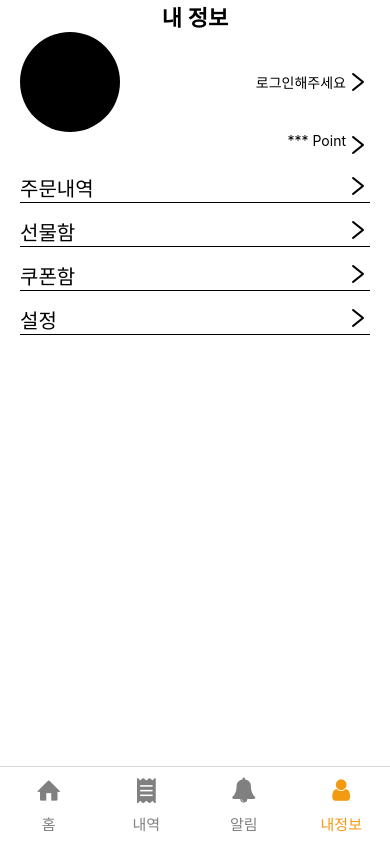
Repository: Unique0902/GachiDutch
Screen: /User
An editor plug-in stored every save of this project. The screen is shown before and after the next save, followed by the edit.
The app was drawn by React Native's web renderer in a window 390 px wide. The project was rebuilt for these pictures with package versions that can differ from the ones it lists, and the page was loaded fresh each time. Some packages were replaced by stand-ins written for this rebuild. Also part of the build but not shown: sources/components/lowBar/lowBar.jsx, sources/components/taxi/taxi.jsx, sources/components/alarm/alert.js, sources/components/alarm/alarm.jsx, sources/components/dutch_history/dutch_history.jsx, sources/components/dutchpay_historys/dutchpay_historys.jsx, sources/components/delivery_historys/delivery_historys.jsx, sources/components/taxi_historys/taxi_historys.jsx and 3 more.

Above is the screen before, as saved 2022-11-11 16:31:03.

### App.js
import React from 'react';
import { StyleSheet, Text, View, Image } from 'react-native';
import Home from './sources/components/home/home';
import { NavigationContainer } from '@react-navigation/native';
import { createNativeStackNavigator } from '@react-navigation/native-stack';
import Taxi from './sources/components/taxi/taxi';
import Main from './sources/routes/main/main';
import Login from './sources/routes/login/login';
import HttpClient from './sources/network/http.js';
import ReceiptService from './sources/services/receipt.js';
import Ready from './sources/components/ready/ready';

const Stack = createNativeStackNavigator();
const baseURL = 'https://dutch-server.herokuapp.com';
const httpClient = new HttpClient(baseURL);
const receiptService = new ReceiptService(baseURL);

export default function App() {
  return (
    <>
      <NavigationContainer>
        <Stack.Navigator screenOptions={{ headerShown: false }}>
          <Stack.Screen
            name='Main'
            children={({ navigation, route }) => (
              <Main
                receiptService={receiptService}
                navigation={navigation}
                route={route}
              />
            )}
          />
          <Stack.Screen name='Taxi' component={Taxi} />
          <Stack.Screen name='Login' component={Login} />
          <Stack.Screen name='Ready' component={Ready} />
        </Stack.Navigator>
      </NavigationContainer>
    </>
  );
}

const styles = StyleSheet.create({
  header: {
    flexDirection: 'row',
    alignItems: 'center',
    justifyContent: 'space-between',
    margin: 25,
  },
  main: {},
  container: {
    flex: 1,
    backgroundColor: '#fff',
    alignItems: 'center',
    justifyContent: 'center',
  },
  logo: {
    width: 150,
    height: 30,
  },
});

### sources/components/home/home.jsx
import React, { useRef, useState, useEffect } from 'react';
import {
  StyleSheet,
  Text,
  View,
  Image,
  Button,
  Pressable,
  ScrollView,
  Dimensions,
} from 'react-native';
import { Entypo } from '@expo/vector-icons';
import { FontAwesome } from '@expo/vector-icons';
import { FontAwesome5 } from '@expo/vector-icons';
import LowBar from '../lowBar/lowBar';
import { isLogin, getUid } from '../../services/asyncstorage';
import { StatusBar } from 'react-native';

const Home = ({ login, setLogin, navigation, setUserData, userData }) => {
  const [scrollNum, setScrollNum] = useState(1);
  const windowWidth = Dimensions.get('window').width;
  const statusBarHeight = StatusBar.currentHeight;
  const headerStyle = {
    marginTop: statusBarHeight,
  };
  let advertisementWidth = windowWidth - 40;
  const scrollWidth = parseInt(advertisementWidth);
  let scrollLeft = 0;

  const advertisementStyle = () => {
    return {
      width: advertisementWidth,
    };
  };
  const pageCircleStyle = (num) => {
    if (scrollNum === num) {
      return {
        color: '#FB9700',
      };
    } else {
      return {
        color: '#FFFDD1',
      };
    }
  };
  const scrollRef = useRef();
  return (
    <View style={[styles.home, headerStyle]}>
      <View style={styles.top}>
        <View style={styles.header}>
          <Image
            source={require('../../images/dutch_logo.png')}
            style={styles.logo}
          />
          <Pressable
            onPress={() => {
              navigation.navigate('Ready');
            }}
          >
            <Entypo name='menu' size={35} color='black' />
          </Pressable>
        </View>
        <View style={styles.mainTop}>
          {login ? (
            <View style={styles.onLogin}>
              <Text style={styles.onLoginText}>
                {userData && userData.name}님 반가워요!
              </Text>
            </View>
          ) : (
            <View style={styles.login}>
              <View style={styles.loginTop}>
                <Pressable
                  style={styles.loginBtn}
                  onPress={() =>
                    navigation.navigate('Login', { setLogin, setUserData })
                  }
                >
                  <Text style={[styles.loginText, styles.loginBtnText]}>
                    로그인
                  </Text>
                </Pressable>
                <Text style={styles.loginText}>하시고</Text>
              </View>
              <Text style={styles.loginText}>다양한 혜택을 만나 보세요!</Text>
            </View>
          )}
          <View style={styles.advertisementBox}>
            <ScrollView
              horizontal
              pagingEnabled
              contentContainerStyle={styles.advertisementScroll}
              ref={scrollRef}
              onScroll={(e) => {
                scrollLeft = parseInt(e.nativeEvent.contentOffset.x);
                if (scrollLeft % scrollWidth < 10) {
                  setScrollNum(parseInt(scrollLeft / scrollWidth + 1));
                }
              }}
              scrollEventThrottle={100}
              showsHorizontalScrollIndicator={false}
            >
              <Pressable
                style={[styles.advertisement, advertisementStyle()]}
                onPress={() => {
                  navigation.navigate('Ready');
                }}
              >
                <Image
                  source={require('../../images/advertisement_img.png')}
                  style={styles.advertisementImg}
                />
                <Text style={styles.advertisementText}>
                  같이 더치로{'\n'}편리하게 이용하세요
                </Text>
              </Pressable>
              <Pressable
                style={[styles.advertisement, advertisementStyle()]}
                onPress={() => {
                  navigation.navigate('Ready');
                }}
              >
                <Image
                  source={require('../../images/advertisement_img.png')}
                  style={styles.advertisementImg}
                />
                <Text style={styles.advertisementText}>
                  같이 더치로{'\n'}편리하게 이용하세요
                </Text>
              </Pressable>
              <Pressable
                style={[styles.advertisement, advertisementStyle()]}
                onPress={() => {
                  navigation.navigate('Ready');
                }}
              >
                <Image
                  source={require('../../images/advertisement_img.png')}
                  style={styles.advertisementImg}
                />
                <Text style={styles.advertisementText}>
                  같이 더치로{'\n'}편리하게 이용하세요
                </Text>
              </Pressable>
              <Pressable
                style={[styles.advertisement, advertisementStyle()]}
                onPress={() => {
                  navigation.navigate('Ready');
                }}
              >
                <Image
                  source={require('../../images/advertisement_img.png')}
                  style={styles.advertisementImg}
                />
                <Text style={styles.advertisementText}>
                  같이 더치로{'\n'}편리하게 이용하세요
                </Text>
              </Pressable>
            </ScrollView>
            <View style={styles.pageCircles}>
              <FontAwesome
                style={[styles.pageCircle, pageCircleStyle(1)]}
                name='circle'
                size={10}
                color='white'
              />
              <FontAwesome
                style={[styles.pageCircle, pageCircleStyle(2)]}
                name='circle'
                size={10}
                color='white'
              />
              <FontAwesome
                style={[styles.pageCircle, pageCircleStyle(3)]}
                name='circle'
                size={10}
                color='white'
              />
              <FontAwesome
                style={[styles.pageCircle, pageCircleStyle(4)]}
                name='circle'
                size={10}
                color='white'
              />
            </View>
          </View>
        </View>
      </View>
      <Pressable
        style={styles.event}
        onPress={() => {
          navigation.navigate('Ready');
        }}
      >
        <View>
          <Text style={[styles.eventText, { fontSize: 20 }]}>
            이벤트 {'   '}|
          </Text>
        </View>
        <Text style={[styles.eventText, { fontSize: 15, marginLeft: 20 }]}>
          같이더치 월 결제로 10% 할인받자!
        </Text>
        <Text style={[styles.eventText, { fontSize: 20, marginLeft: 20 }]}>
          {'>'}
        </Text>
      </Pressable>

      <View style={styles.mainBottom}>
        <View style={styles.categories}>
          <View style={styles.topBtns}>
            <View style={styles.btnShadow}>
              <Pressable
                style={styles.goodsBtn}
                onPress={() => {
                  if (login) {
                    navigation.navigate('Taxi', { userData });
                  } else {
                    navigation.navigate('Login', { setLogin, setUserData });
                  }
                }}
              >
                <Image
                  source={require('../../images/taxi_img.png')}
                  style={styles.taxiImg}
                />
                <Text style={[styles.goodText, { marginTop: 20 }]}>택시</Text>
              </Pressable>
            </View>
            <View style={styles.btnShadow}>
              <Pressable
                style={styles.goodsBtn}
                onPress={() => {
                  navigation.navigate('Ready');
                }}
              >
                <Image
                  source={require('../../images/delivery_img.png')}
                  style={styles.taxiImg}
                />
                <Text style={[styles.goodText, { marginTop: 20 }]}>배달</Text>
              </Pressable>
            </View>
          </View>
          <View style={styles.downBtns}>
            <View style={styles.btnShadow}>
              <Pressable
                style={styles.downGoodsBtn}
                onPress={() => {
                  navigation.navigate('Ready');
                }}
              >
                <Image
                  source={require('../../images/taxi_human_img.png')}
                  style={styles.peopleImg}
                />
                <Text
                  style={[styles.goodText, { marginRight: 20, marginLeft: 20 }]}
                >
                  지인끼리
                </Text>
                <Image
                  source={require('../../images/location_img.png')}
                  style={styles.peopleImg}
                />
              </Pressable>
            </View>
          </View>
        </View>
      </View>
    </View>
  );
};

export default Home;

const styles = StyleSheet.create({
  home: {
    flex: 1,
    flexDirection: 'column',
  },
  loginText: {
    paddingVertical: 5,
  },
  header: {
    flexDirection: 'row',
    alignItems: 'center',
    justifyContent: 'space-between',
    margin: 0,
    flex: 1,
  },
  mainTop: {
    flex: 6,
  },
  top: {
    flex: 6,
    padding: 20,
  },
  loginBtn: {},
  login: {
    flex: 2,
    marginTop: 15,
  },
  onLogin: {
    flex: 2,
    marginTop: 15,
  },
  onLoginText: {
    marginTop: 10,
    fontSize: 25,
    fontWeight: '600',
    color: '#444444',
  },
  loginTop: {
    flexDirection: 'row',
    alignItems: 'center',
  },
  loginText: {
    fontSize: 18,
    color: '#444444',
  },
  loginBtnText: {
    color: '#F39910',
    textDecorationLine: 'underline',
    textDecorationStyle: 'solid',
    textDecorationColor: '#000',
  },
  mainBottom: {
    flex: 6,
    padding: 15,
  },
  advertisementScroll: {
    borderRadius: 15,
    position: 'relative',
  },
  advertisementBox: {
    flex: 4,
  },
  advertisement: {
    backgroundColor: '#FBBA00',
    borderRadius: 15,
    position: 'relative',
  },
  advertisementText: {
    color: 'white',
    fontSize: 20,
    fontWeight: '800',
    marginLeft: 30,
    marginTop: 25,
  },
  advertisementImg: {
    width: '100%',
    height: '87%',
    position: 'absolute',
    borderRadius: 20,
    bottom: 0,
  },
  pageCircles: {
    flexDirection: 'row',
    position: 'absolute',
    alignItems: 'center',
    bottom: 4,
    left: 140,
  },
  pageCircle: {
    marginLeft: 3,
    marginRight: 3,
  },
  event: {
    flex: 1,
    backgroundColor: '#3C4451',
    flexDirection: 'row',
    justifyContent: 'center',
    alignItems: 'center',
  },
  categories: {
    flex: 1,
  },
  topBtns: {
    flexDirection: 'row',
    flex: 3,
  },
  downBtns: {
    flex: 2,
  },
  goodsBtn: {
    borderRadius: 20,
    backgroundColor: 'white',
    width: '100%',
    height: '100%',
    alignItems: 'center',
    justifyContent: 'center',
  },
  downGoodsBtn: {
    borderRadius: 20,
    backgroundColor: 'white',
    width: '100%',
    height: '100%',
    flexDirection: 'row',
    justifyContent: 'center',
    alignItems: 'center',
  },
  goodText: {
    fontSize: 20,
    fontWeight: '600',
  },
  btnShadow: {
    flex: 1,
    shadowOffset: {
      width: 0,
      height: 1,
    },
    shadowOpacity: 0.18,
    borderRadius: 20,
    shadowRadius: 1.0,
    elevation: 1,
    margin: 5,
  },
  eventText: {
    color: 'white',
  },
  taxiImg: {
    width: 90,
    height: 90,
  },
  peopleImg: {
    width: 60,
    height: 67,
  },
  logo: {
    width: 150,
    height: 30,
  },
});

### sources/routes/main/main.jsx
import React, { useEffect, useRef, useState } from 'react';
import { View, Button, Text } from 'react-native';
import Home from '../../components/home/home';
import LowBar from '../../components/lowBar/lowBar';
import User from '../../components/user/user';
import Alarm from '../../components/alarm/alarm';
import Receipt from '../../components/receipt/receipt';
import { createBottomTabNavigator } from '@react-navigation/bottom-tabs';
import { Entypo } from '@expo/vector-icons';
import { FontAwesome } from '@expo/vector-icons';
import { FontAwesome5 } from '@expo/vector-icons';
import { isLogin, matchUserData } from '../../services/asyncstorage';

const Tab = createBottomTabNavigator();

const Main = ({ receiptService, navigation, route }) => {
  const [login, setLogin] = useState(false);
  const [userData, setUserData] = useState(null);
  useEffect(() => {
    isLogin().then((result) => {
      if (result) {
        setLogin(true);
        console.log('로그인 되어있음!');
        matchUserData(setUserData);
      } else {
        setLogin(false);
        console.log('로그인 안되어있음!');
      }
    });
  }, [login]);
  return (
    <>
      <View style={{ flex: 14 }}>
        <Tab.Navigator
          screenOptions={({ route }) => ({
            tabBarIcon: ({ color, size }) => {
              if (route.name === 'Home') {
                return <Entypo name='home' size={size} color={color} />;
              } else if (route.name === 'Receipt') {
                return (
                  <FontAwesome5 name='receipt' size={size} color={color} />
                );
              } else if (route.name === 'Alarm') {
                return <FontAwesome name='bell' size={size} color={color} />;
              } else if (route.name === 'User') {
                return <FontAwesome name='user' size={size} color={color} />;
              }
            },
            tabBarStyle: { flex: 0.1 },
            tabBarLabelStyle: {
              fontSize: 15,
              marginBottom: 10,
              fontWeight: '500',
            },
            tabBarActiveTintColor: '#F49A11',
            tabBarInactiveTintColor: 'gray',
            headerShown: false,
          })}
        >
          <Tab.Screen
            name='Home'
            options={({ route, navigation }) => {
              return { tabBarLabel: '홈' };
            }}
            children={({ navigation }) => (
              <Home
                login={login}
                setLogin={setLogin}
                navigation={navigation}
                setUserData={setUserData}
                userData={userData}
              />
            )}
          />
          <Tab.Screen
            name='Receipt'
            options={({ route, navigation }) => {
              return { tabBarLabel: '내역' };
            }}
            children={({ navigation, route }) => (
              <Receipt
                login={login}
                navigation={navigation}
                receiptService={receiptService}
                userData={userData}
                route={route}
              />
            )}
          />
          <Tab.Screen
            options={({ route, navigation }) => {
              return { tabBarLabel: '알림' };
            }}
            name='Alarm'
            children={({ navigation }) => (
              <Alarm login={login} navigation={navigation} />
            )}
          />
          <Tab.Screen
            options={({ route, navigation }) => {
              return { tabBarLabel: '내정보' };
            }}
            name='User'
            children={({ navigation }) => (
              <User
                login={login}
                setLogin={setLogin}
                navigation={navigation}
                setUserData={setUserData}
                userData={userData}
              />
            )}
          />
        </Tab.Navigator>
      </View>
    </>
  );
};

export default Main;

### sources/network/http.js
export default class HttpClient {
  constructor(baseURL) {
    this.baseURL = baseURL;
  }

  async fetch(url, options) {
    const res = await fetch(`${this.baseURL}${url}`, {
      ...options,
      headers: {
        'Content-Type': 'application/json',
        ...options.headers,
      },
    });
    let data;
    try {
      data = await res.json();
    } catch (error) {
      console.error(error);
    }

    if (res.status > 299 || res.status < 200) {
      const message =
        data && data.message ? data.message : 'Something went wrong! 🤪';
      const error = new Error(message);
      throw error;
    }
    return data;
  }
}

### sources/services/receipt.js
export default class ReceiptService {
  constructor(http) {
    this.http = http;
  }

  getTexiHistorys = async (userId) => {
    return await fetch(`${this.http}/receipt/all/${userId}`, {
      method: 'GET',
    });
  };
}

### sources/services/asyncstorage.js
import AsyncStorage from '@react-native-async-storage/async-storage';

export const isLogin = async () => {
  try {
    const loginDatas = await AsyncStorage.getItem('loginDatas');
    console.log(loginDatas);
    if (loginDatas) {
      return true;
    } else {
      return false;
    }
  } catch (e) {
    console.error(e);
  }
};

export const logout = async () => {
  try {
    await AsyncStorage.removeItem('loginDatas');
  } catch (error) {
    console.error(error);
  }
};

export const getRefreshToken = async () => {
  try {
    const loginDatas = await AsyncStorage.getItem('loginDatas');
    if (loginDatas) {
      return JSON.parse(loginDatas).refreshToken;
    }
  } catch (e) {
    console.error(e);
  }
};

export const getUid = async () => {
  try {
    const loginDatas = await AsyncStorage.getItem('loginDatas');
    if (loginDatas) {
      return JSON.parse(loginDatas).uid;
    }
  } catch (e) {
    console.error(e);
  }
};

export const matchUserData = async (setUserData) => {
  try {
    const loginDatas = await AsyncStorage.getItem('loginDatas');
    if (loginDatas) {
      return setUserData(JSON.parse(loginDatas));
    }
  } catch (e) {
    console.error(e);
  }
};

### sources/components/user/user.jsx
import React, { useEffect, useRef, useState } from 'react';
import { StatusBar } from 'react-native';
import {
  StyleSheet,
  Text,
  View,
  Pressable,
  ScrollView,
  Image,
} from 'react-native';
import { AntDesign } from '@expo/vector-icons';
import { isLogin, logout } from '../../services/asyncstorage';

export default function User({
  login,
  setLogin,
  navigation,
  setUserData,
  userData,
}) {
  const statusBarHeight = StatusBar.currentHeight;
  const headerStyle = {
    marginTop: statusBarHeight,
  };
  const onProfilePress = () => {
    console.log('profile pressed');
  };
  const onProfileInfoPress = () => {
    if (login) {
    } else {
      navigation.navigate('Login', { setLogin: setLogin });
    }
  };
  useEffect(() => {
    console.log(login);
  }, []);
  return (
    <View style={styles.container}>
      <View>
        <Text style={[styles.header, headerStyle]}>내 정보</Text>
      </View>
      <View>
        <View style={styles.profileArea}>
          <Pressable onPress={onProfilePress}>
            <Image style={styles.profileImage} />
          </Pressable>

          <Pressable
            onPress={() => {
              onProfileInfoPress();
            }}
            style={styles.infoClickArea}
          >
            <View>
              {login ? (
                <>
                  <Text style={styles.pointText}>
                    {userData && userData.name} 님
                  </Text>
                </>
              ) : (
                <>
                  <Text>로그인해주세요</Text>
                </>
              )}
            </View>
            <AntDesign name='right' size={24} color='black' />
          </Pressable>
        </View>

        <Pressable
          style={{
            flexDirection: 'column',
            alignItems: 'flex-end',
            marginBottom: 15,
          }}
        >
          <View style={{ flexDirection: 'row' }}>
            <Text>*** </Text>
            <Text>Point</Text>
            <AntDesign name='right' size={24} color='black' />
          </View>
        </Pressable>
      </View>

      <ScrollView>
        <Pressable style={styles.enterMenu}>
          <Text style={styles.menuText}>주문내역</Text>
          <AntDesign name='right' size={24} color='black' />
        </Pressable>
        <Pressable style={styles.enterMenu}>
          <Text style={styles.menuText}>선물함</Text>
          <AntDesign name='right' size={24} color='black' />
        </Pressable>
        <Pressable style={styles.enterMenu}>
          <Text style={styles.menuText}>쿠폰함</Text>
          <AntDesign name='right' size={24} color='black' />
        </Pressable>
        <Pressable style={styles.enterMenu}>
          <Text style={styles.menuText}>설정</Text>
          <AntDesign name='right' size={24} color='black' />
        </Pressable>
        {login && (
          <Pressable style={styles.logoutBtn}>
            <Text
              style={styles.logoutText}
              onPress={() => {
                logout().then(() => {
                  setLogin(false);
                  console.log('로그아웃됨!');
                  setUserData(null);
                  navigation.navigate('Main', { screen: 'Home' });
                });
              }}
            >
              로그아웃
            </Text>
          </Pressable>
        )}
      </ScrollView>
    </View>
    //내정보
  );
}

const styles = StyleSheet.create({
  container: {
    flex: 1,
    backgroundColor: '#fff',
    paddingHorizontal: 20,
  },
  header: {
    fontSize: 22,
    fontWeight: '600',
    alignSelf: 'center',
  },
  enterMenu: {
    justifyContent: 'space-between',
    flexDirection: 'row',
    marginBottom: 14,
    borderBottomColor: 'black',
    borderBottomWidth: 1,
    borderStyle: 'solid',
  },
  menuText: {
    fontSize: 20,
    fontWeight: '500',
  },
  pointText: {
    fontSize: 20,
    fontWeight: '500',
  },
  profileImage: {
    width: 100,
    height: 100,
    borderRadius: 100,
    backgroundColor: 'black',
  },
  infoArea: {
    flexDirection: 'column',
  },
  infoClickArea: {
    flexDirection: 'row',
    alignItems: 'center',
    justifyContent: 'space-between',
  },
  infoText: {
    fontSize: 24,
    fontWeight: '500',
  },
  profileArea: {
    flexDirection: 'row',
    justifyContent: 'space-between',
  },
  logoutBtn: {},
  logoutText: {
    fontSize: 20,
    fontWeight: '500',
    color: 'red',
  },
});

Loaded but not shown: index.js (common file)

After the next save:
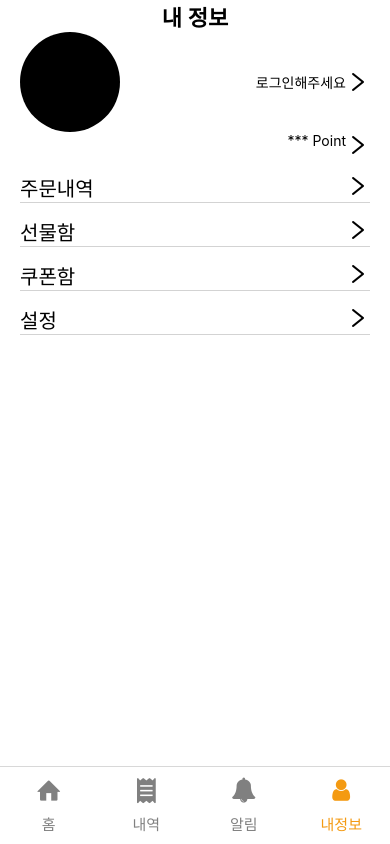
Saved 15 s later.
--- a/sources/components/user/user.jsx
+++ b/sources/components/user/user.jsx
@@ -138,7 +138,7 @@ const styles = StyleSheet.create({
     justifyContent: 'space-between',
     flexDirection: 'row',
     marginBottom: 14,
-    borderBottomColor: 'black',
+    borderBottomColor: 'lightgray',
     borderBottomWidth: 1,
     borderStyle: 'solid',
   },
